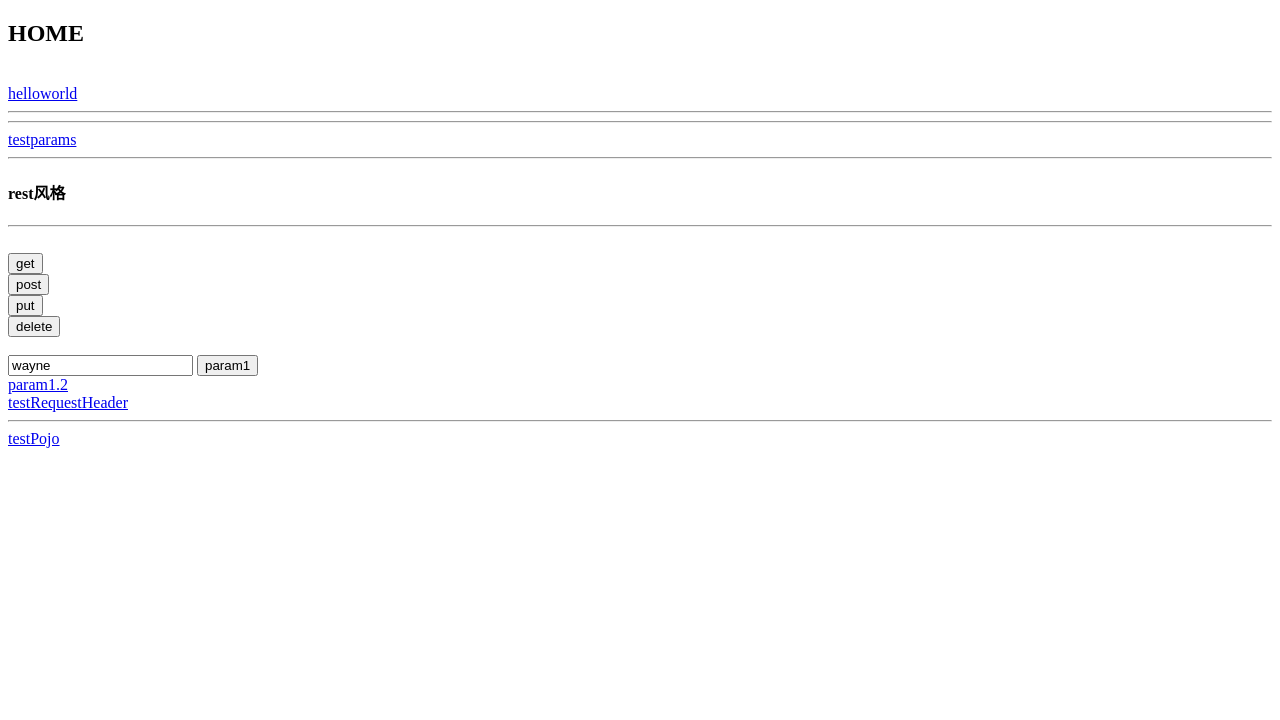
Repository: weiqilin66/workSpaceXD
Page: http://localhost/springmvc-1/
These files come from the project's save history. The page is drawn as it stood at one moment and after the next save; the edit follows.
The browser window is 1280 px wide. The pictures show the whole page.
The page is served by Tomcat 9. Other server files are loaded and not shown.

Above is the page before, as saved 2019-09-19 02:02:03.

### workspace/eclipseworkspace/ws01-study/springmvc-1/WebContent/index.jsp
<%@ page language="java" contentType="text/html; charset=utf-8"
    pageEncoding="UTF-8"%>
<!DOCTYPE html>
<html>
<head>
<meta charset="ISO-8859-1">
<title>Insert title here</title>
</head>
<body>
<h2>HOME</h2>
<br>
<a href="helloworld"> helloworld</a>
<hr>
<hr>
<a href="test/params?username=joy&age=11"> testparams</a>
<hr>
<h4>rest风格</h4>
<hr>
<br>
<form action="rest/1" method="get">
<input type="submit" value="get">
</form>
<form action="rest" method="post">
<input type="submit" value="post">
</form>
<form action="rest/3" method="post">
<input  type="hidden" name="_method" value="put">
<input type="submit" value="put">
</form>
<form action="rest/4" method="post">
<input  type="hidden" name="_method" value="delete">
<input type="submit" value="delete">
</form>
<br>
<form action="param1">
<input type="text" value="wayne" name="username">
<input type="submit" value="param1">
</form>
<a href="param1"> param1.2</a>

<br>
<a href="testRequestHeader"> testRequestHeader</a>
<br>
<hr>
<a href="pojo?username=joy&password=123&address.city=fujian"> testPojo</a>
<br>
<br>
<br>
</body>
</html>

After the next save:
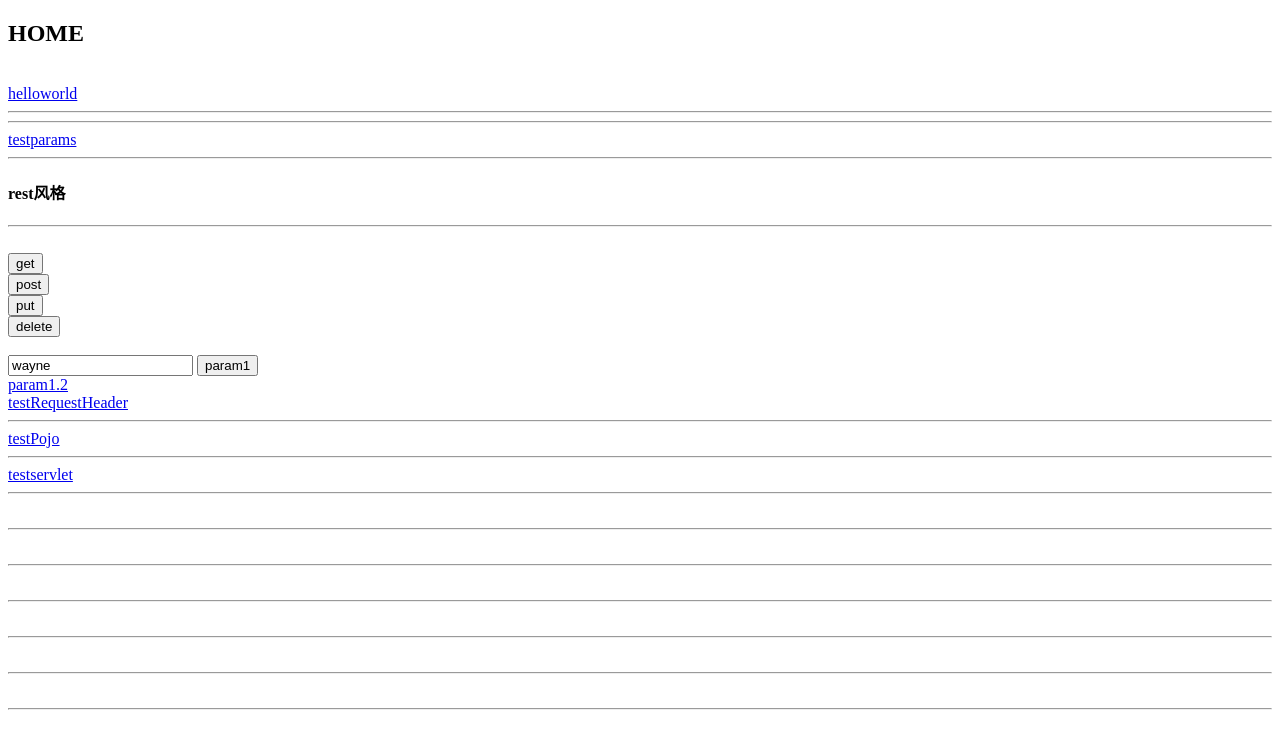
Saved 44 s later.
--- a/workspace/eclipseworkspace/ws01-study/springmvc-1/WebContent/index.jsp
+++ b/workspace/eclipseworkspace/ws01-study/springmvc-1/WebContent/index.jsp
@@ -44,7 +44,23 @@
 <hr>
 <a href="pojo?username=joy&password=123&address.city=fujian"> testPojo</a>
 <br>
+<hr>
+<a href="servlet"> testservlet</a>
+
 <br>
+<hr>
+<br>
+<hr>
+<br>
+<hr>
+<br>
+<hr>
+<br>
+<hr>
+<br>
+<hr>
+<br>
+<hr>
 <br>
 </body>
 </html>
